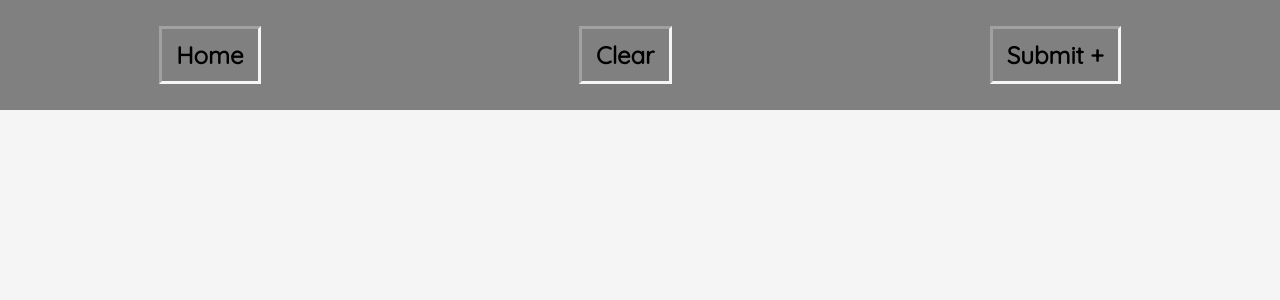
Repository: rickypcyt/WebMural
Page: /
These files come from the project's save history. The page is drawn as it stood at one moment and after the next save; the edit follows.
The browser window is 1280 px wide. The pictures show the whole page.
The project was rebuilt for these pictures with package versions that can differ from the ones it lists, and the page was loaded fresh each time.

Above is the page before, as saved 2022-09-12 13:38:52.

### src/index.js
import React from "react";
import ReactDOM from "react-dom/client";
import "./index.css";
import WebMural from "./Pages/WebMural";
import reportWebVitals from "./reportWebVitals";
import { BrowserRouter, Routes, Route, Switch } from "react-router-dom";

const root = ReactDOM.createRoot(document.getElementById("root"));
root.render(
  <React.StrictMode>
    <BrowserRouter>
      <WebMural />
    </BrowserRouter>
  </React.StrictMode>
);

// If you want to start measuring performance in your app, pass a function
// to log results (for example: reportWebVitals(console.log))
// or send to an analytics endpoint. Learn more: https://bit.ly/CRA-vitals
reportWebVitals();

### src/index.css
@import url("https://fonts.googleapis.com/css2?family=Quicksand");

input[type="file"] {
  display: none;
}
.container {
  top: 0%;
  left: 0%;
}
::marker {
  display: none;
}
.image-container {
  width: 100%;
  margin: auto;
  display: flex;
  flex-direction: row;
  justify-content: space-evenly;
  gap: 15px;
  padding: 10px;
  background-color: whitesmoke;
}
html {
  background: whitesmoke;
}

body {
  line-height: 1;
  font-family: "Quicksand";
  font-size: large;
  margin: 0%;
  padding: 0%;
}
main {
  top: 10%;
}
ol {
  list-style: none;
  display: flex;
  padding: 0;
  align-items: flex-start;
  justify-content: space-around;
  display: flex;
  flex-wrap: wrap;
  align-content: center;
  margin: 0;
}
.content {
  position: absolute;
  right: calc(var(--pad) * 2);
  bottom: calc(var(--pad) * 2);
  white-space: nowrap;
}
.parrafo {
  line-height: 1.5;
  text-align: end;
  font-size: larger;
}
.parrafo span {
  display: block;
}
.titulo {
  margin: 0;
}
.oli {
  font-weight: bold;
  border-style: inset;
  border-color: whitesmoke;

  font-size: x-large;
  padding: 1ch;
}
.descripcion {
  font-weight: lighter;
  font-style: oblique;
}
.oli:hover {
  color: black;
  border-style: outset;
  border-color: whitesmoke;
}
.page {
  padding-top: 2%;
  padding-bottom: 3%;
}
.pageContact {
  padding-top: 8%;
  padding-bottom: 9%;
}
.cabeceranavi {
  padding-bottom: 2%;
  padding-top: 2%;
  background-color: gray;
}
p {
  font-weight: bold;
}
a {
  color: black;
  text-decoration: none;
  padding: 0ch;
}
span {
  font-size: larger;
}
li {
  width: 7%;
  height: 10%;
}
ul {
  list-style-type: none;
  margin: 0%;
  display: flex;
  align-items: center;
  flex-direction: row;
  padding-top: 5%;
  padding-bottom: 5%;
  padding-left: 0%;
  justify-content: space-around;
}
.imagenes {
  display: block;
  height: auto;
  width: auto;
  padding-top: 5%;
  padding-bottom: 5%;
}

.imagenesproyect {
  position: relative;
}
.fixer {
  display: flex;
  flex-direction: row;
  justify-content: space-evenly;
  padding-bottom: 3%;
}
.overlay {
  position: absolute;
  top: 0.83cm;

  background: rgb(0, 0, 0);
  background: rgb(2, 0.3, 0.9, 0.6); /* Black see-through */
  color: #f1f1f1;
  width: 100%;
  transition: 0.5s ease;
  color: white;
  text-align: center;
  font-size: 20px;
  padding-top: 20px;
  padding-bottom: 20px;
  opacity: 0;
}
.imagenesproyect:hover .overlay {
  opacity: 1;
}
.overlay2 {
  position: absolute;
  bottom: 8%;
  background: rgb(0, 0, 0);
  background: rgba(40, 40, 40, 0.6); /* Black see-through */
  color: #f1f1f1;
  width: 100%;
  transition: 0.5s ease;
  color: white;
  text-align: center;
  font-size: 20px;
  padding-top: 20px;
  padding-bottom: 20px;
  opacity: 0;
}
.imagenesproyect:hover .overlay2 {
  opacity: 1;
}

.homeinfo {
  font-size: x-large;
}

@media screen and (max-width: 1340px) {
  .fixer {
    flex-direction: column;
    justify-content: center;
  }
  .imagenes {
    height: auto;
    width: 100%;
  }
  ol {
  }
}

.image-container {
  width: auto;
  margin: auto;
  /* display: flex; */
  flex-wrap: wrap;
  gap: 15px;
  padding: 10px;
}

.image-container img {
  max-width: 100%;
  max-height: 225px;
}

.container .image-container .image {
  border: 4px solid black;
  overflow: hidden;
  /* cursor: pointer; */
}

.container .image-container .image img {
  height: 100%;
  width: 100%;
}
@media (max-width: 700px) {
  .image-container img {
    max-height: -10px;
  }
}

.image:hover {
  transform: scale(
    1.15
  ); /* (150% zoom - Note: if the zoom is too large, it will go outside of the viewport) */
}

### src/Pages/WebMural.js
import React, { useState } from "react";
import { Link, useMatch, useResolvedPath } from "react-router-dom";

const UploadAndDisplayImage = () => {
  const [selectedFiles, setSelectedFiles] = useState([]);
  const handleImageChange = (e) => {
    setSelectedFiles([]);
    if (e.target.files) {
      const filesArray = Array.from(e.target.files).map((file) =>
        URL.createObjectURL(file)
      );
      setSelectedFiles((prevImages) => prevImages.concat(filesArray));
      Array.from(e.target.files).map((file) => URL.revokeObjectURL(file));
    }
  };

  const renderPhotos = (source) => {
    return source.map((photo) => {
      return (
        <div class="container">
          <figure class="image-container">
            <img className="image" src={photo} alt="" key={photo} />
          </figure>
        </div>
      );
    });
  };

  return (
    <main>
      <nav className="cabeceranavi">
        <ol>
          <div CustomLink to="/" className="oli">
            Home
          </div>
          <nav className="oli" onClick={() => handleImageChange(null)}>
            Clear
          </nav>
          <label for="upload-button">
            <nav>
              <input
                type="file"
                id="upload-button"
                multiple="multiple"
                accept="image/*"
                onChange={handleImageChange}
              />
              <div class="oli"> Submit + </div>
            </nav>
          </label>
        </ol>
      </nav>
      {selectedFiles && (
        <div>
          <div class="image-container">{renderPhotos(selectedFiles)}</div>
        </div>
      )}
    </main>
  );
};

export default UploadAndDisplayImage;

function CustomLink({ to, children, ...props }) {
  const resolvedPath = useResolvedPath(to);
  const isActive = useMatch({ path: resolvedPath.pathname, end: true });
  return (
    <li className={isActive ? "active" : ""}>
      <Link to={to} {...props}>
        {children}
      </Link>
    </li>
  );
}

Loaded but not shown: public/index.html (common file); src/reportWebVitals.js (common file)

After the next save:
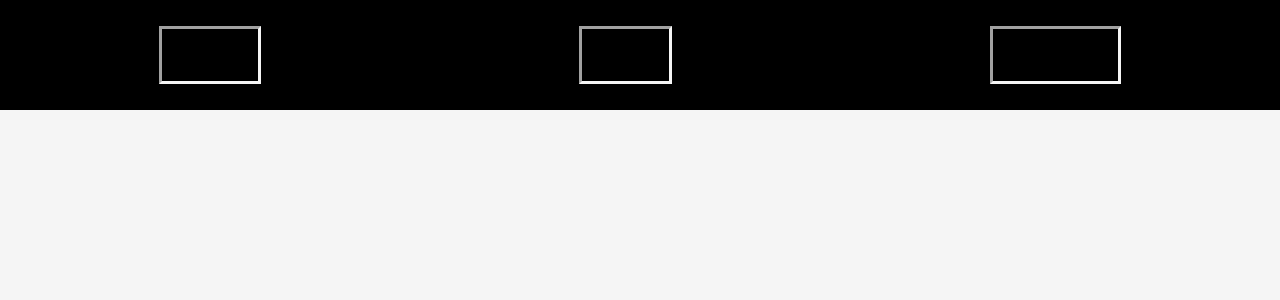
Saved 10 s later.
--- a/src/index.css
+++ b/src/index.css
@@ -90,7 +90,7 @@ ol {
 .cabeceranavi {
   padding-bottom: 2%;
   padding-top: 2%;
-  background-color: gray;
+  background-color: black;
 }
 p {
   font-weight: bold;
